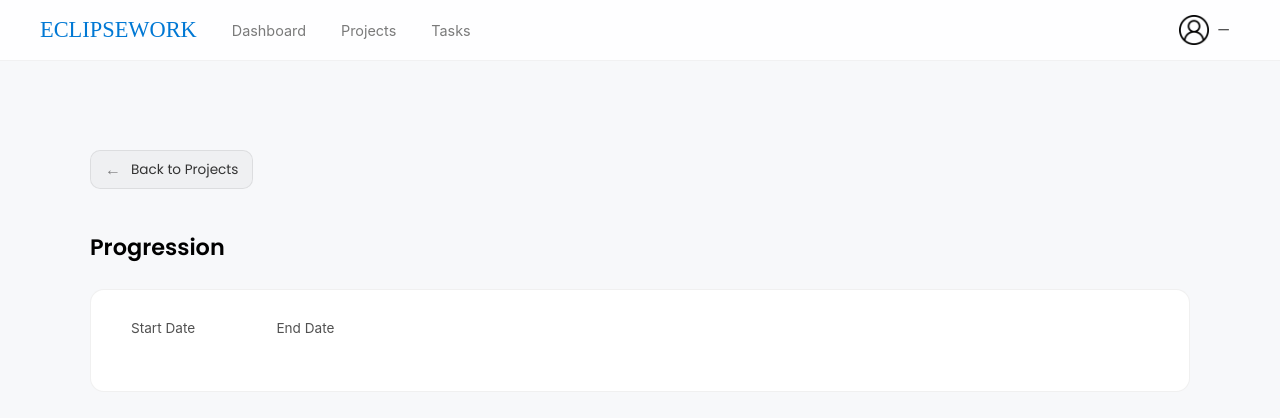
Repository: lynaannou/work-management-app
Page: src/main/resources/ressources/view/workspace.html
An editor plug-in stored every save of this project. The page is shown before and after the next save, followed by the edit.
The browser window is 1280 px wide. The pictures show the whole page.
Some web fonts or font styles are not loaded; a fallback is used.

Above is the page before, as saved 2025-12-25 11:26:11.

After the next save:
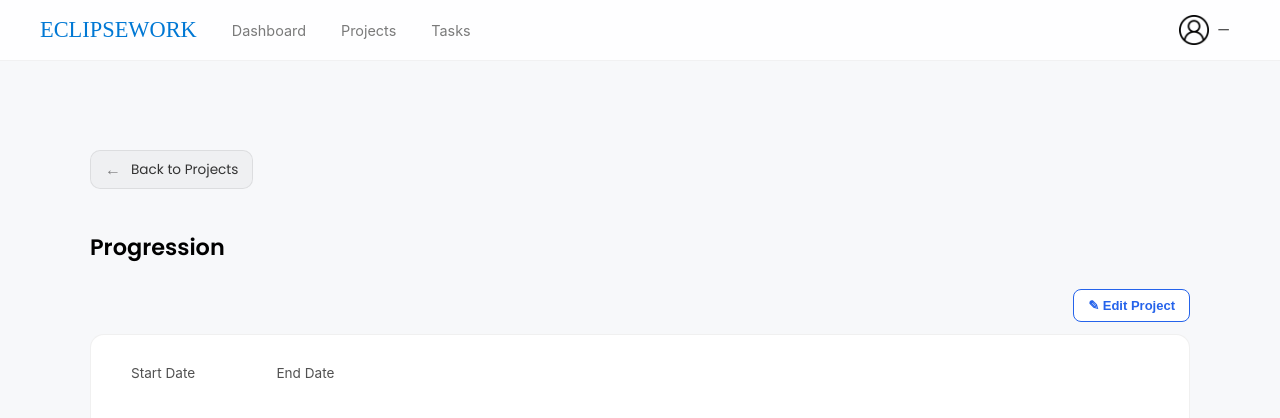
Saved 56 s later.
--- a/src/main/resources/ressources/view/workspace.html
+++ b/src/main/resources/ressources/view/workspace.html
@@ -138,14 +138,12 @@ window.loadDashboard = function (data) {
 <section class="workspace-container">
     <button class="back-btn" onclick="goProjects()">Back to Projects</button>
 
-    <div class="workspace-actions">
-        <button class="edit-btn" onclick="editProject()" style="display:none;">
-            ✎ Edit Project
-        </button>
-    </div>
+
 
     <h2 class="workspace-title">Progression</h2>
-
+    <div class="workspace-actions">
+        <button class="edit-btn" onclick="editProject()">✎ Edit Project</button>
+    </div>
     <div class="chart-container">
         <div class="chart-header">
             <span>Start Date</span>
